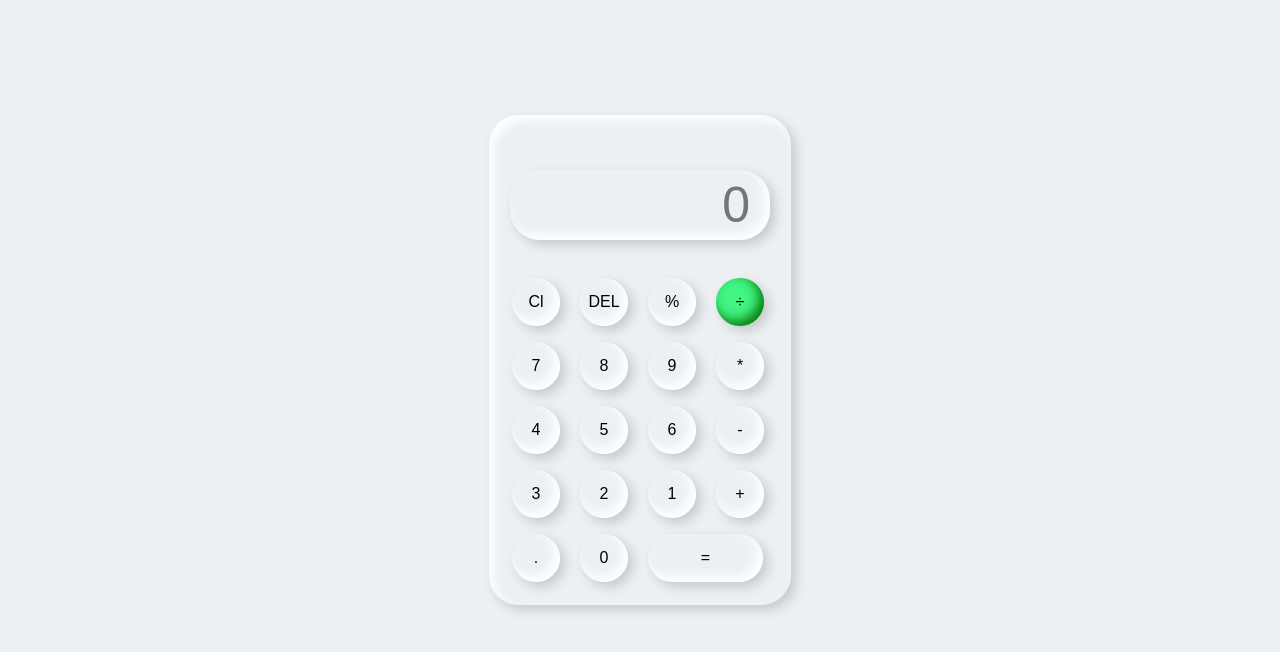
Repository: Mayur2905/OIBSIP
Page: Task-3/index.html
These files come from the project's save history. The page is drawn as it stood at one moment and after the next save; the edit follows.
The browser window is 1280 px wide. The pictures show the whole page.

Above is the page before, as saved 2022-02-02 14:39:02.

After the next save:
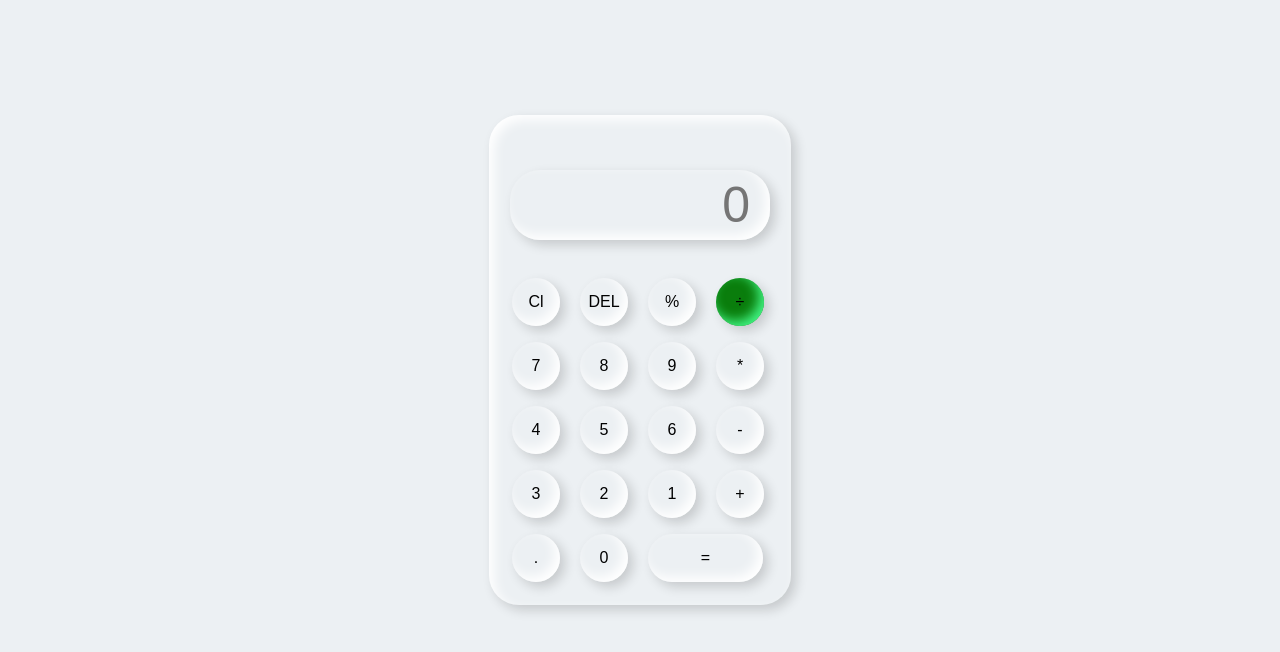
Saved 35 s later.
--- a/Task-3/style.css
+++ b/Task-3/style.css
@@ -54,6 +54,6 @@ button {
   box-shadow: inset -5px -5px 12px #ffffff, 5px 5px 12px rgba(0, 0, 0, 0.16);
 }
 .divide {
-  background-color: #42f584;
-  box-shadow: inset -5px -5px 12px #0a7d0c, 5px 5px 12px rgba(0, 0, 0, 0.16);
+  background-color: #0a7d0c;
+  box-shadow: inset -5px -5px 12px #42f584, 5px 5px 12px rgba(0, 0, 0, 0.16);
 }
